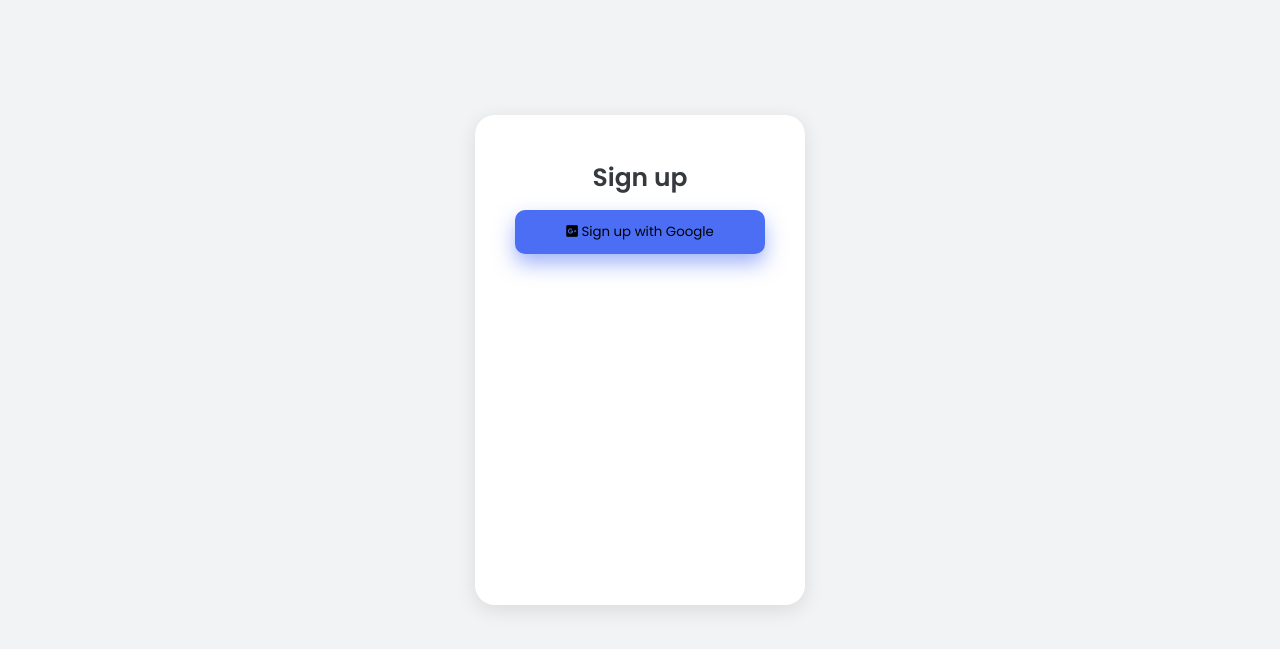
Repository: TranMinhMan040702/practice_html-css
Page: form-login/index.html
An editor plug-in stored every save of this project. The page is shown before and after the next save, followed by the edit.
The browser window is 1280 px wide. The pictures show the whole page.
Some web libraries are served in a nearby version.

Above is the page before, as saved 2022-08-24 12:54:55.

### form-login/index.html
<!DOCTYPE html>
<html lang="en">
<head>
    <meta charset="UTF-8">
    <meta http-equiv="X-UA-Compatible" content="IE=edge">
    <meta name="viewport" content="width=device-width, initial-scale=1.0">
    <link href="https://fonts.googleapis.com/css2?family=Poppins:wght@300;400;600&display=swap" rel="stylesheet">
    <link rel="stylesheet" href="https://cdnjs.cloudflare.com/ajax/libs/font-awesome/6.1.2/css/all.min.css" integrity="sha512-1sCRPdkRXhBV2PBLUdRb4tMg1w2YPf37qatUFeS7zlBy7jJI8Lf4VHwWfZZfpXtYSLy85pkm9GaYVYMfw5BC1A==" crossorigin="anonymous" referrerpolicy="no-referrer" />
    <title>Sign up</title>
    <link rel="stylesheet" href="reset.css">
    <link rel="stylesheet" href="main.css">
</head>
<body>
    <div class="singup">
        <div class="signup-heading">
            <h1>Sign up</h1>
        </div>
        <button class="signup-button">
            <i class="fa-brands fa-square-google-plus signup-icon"></i>
            <span class="signup-text">
                Sign up with Google
            </span>
        </button>
    </div>
</body>
</html>

### form-login/reset.css
html,
body,
div,
span,
applet,
object,
iframe,
h1,
h2,
h3,
h4,
h5,
h6,
p,
blockquote,
pre,
a,
abbr,
acronym,
address,
big,
cite,
code,
del,
dfn,
em,
img,
ins,
kbd,
q,
s,
samp,
small,
strike,
strong,
sub,
sup,
tt,
var,
b,
u,
i,
center,
dl,
dt,
dd,
ol,
ul,
li,
fieldset,
form,
label,
legend,
table,
caption,
tbody,
tfoot,
thead,
tr,
th,
td,
article,
aside,
canvas,
details,
embed,
figure,
figcaption,
footer,
header,
hgroup,
menu,
nav,
output,
ruby,
section,
summary,
time,
mark,
audio,
video {
  margin: 0;
  padding: 0;
  border: 0;
  font-size: 100%;
  font: inherit;
  vertical-align: baseline;
}
/* HTML5 display-role reset for older browsers */
article,
aside,
details,
figcaption,
figure,
footer,
header,
hgroup,
menu,
nav,
section {
  display: block;
}
body {
  line-height: 1;
}
ol,
ul {
  list-style: none;
}
blockquote,
q {
  quotes: none;
}
blockquote:before,
blockquote:after,
q:before,
q:after {
  content: "";
  content: none;
}
table {
  border-collapse: collapse;
  border-spacing: 0;
}

### form-login/main.css
html {
    font-size: 62.5%;
    font-family: "Poppins", sans-serif;
}

* {
    box-sizing: border-box;
}

body {
    width: 100%;
    height: 100vh;
    background-color: #f2f3f5;
    display: flex;
    justify-content: center;
    align-items: center;
}

.singup {
    max-width: 330px;
    width: 100%;
    height: 490px;
    background-color: #fff;
    padding: 50px 40px;
    border-radius: 20px;
    box-shadow: 0px 5px 20px rgba(0, 0, 0, 0.1);
}

.signup-heading {
    font-size: 2.5rem;
    font-weight: 600;
    color: #363a3f;
    text-align: center;
    margin-bottom: 20px;
}

.signup-button {
    font-family: "Poppins", sans-serif;
    width: 100%;
    height: 44px;
    border-radius: 10px;
    background-color: #4c6ef4;
    display: inline-block;
    border: none;
    box-shadow: 0px 10px 20px rgba(76, 110, 244, 0.5);
}

.signup-icon {

}

.signup-text {

}

After the next save:
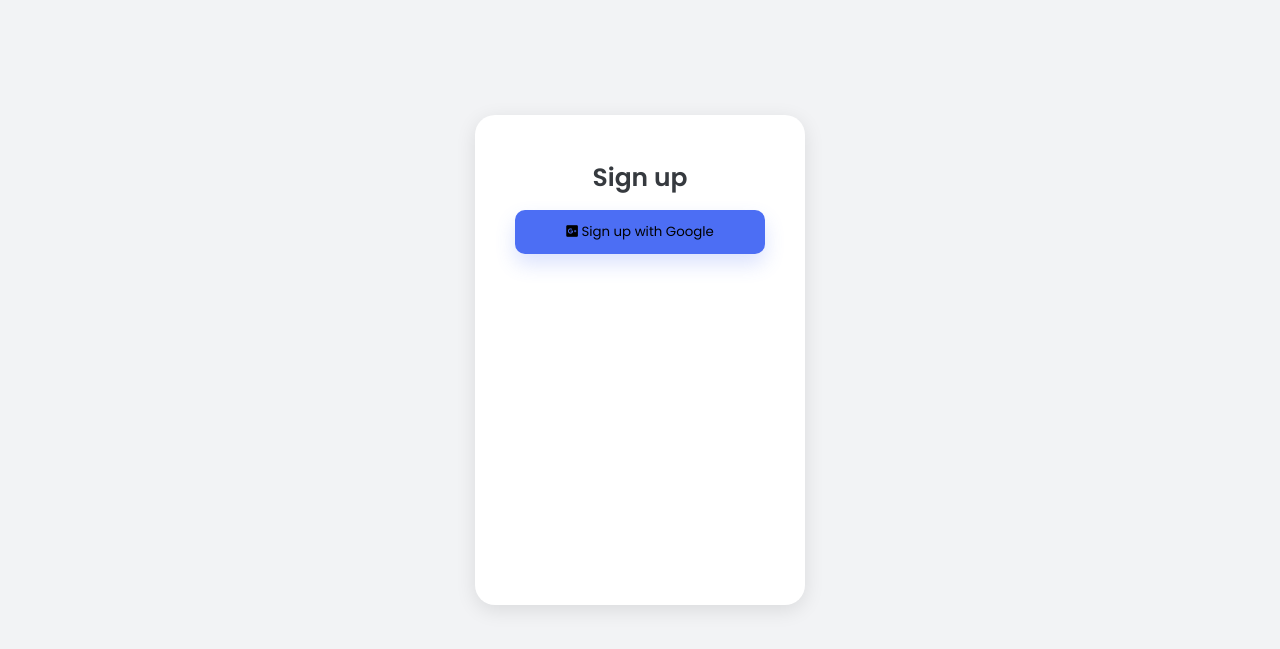
Saved 4 s later.
--- a/form-login/main.css
+++ b/form-login/main.css
@@ -42,7 +42,7 @@ body {
     background-color: #4c6ef4;
     display: inline-block;
     border: none;
-    box-shadow: 0px 10px 20px rgba(76, 110, 244, 0.5);
+    box-shadow: 0px 10px 20px rgba(76, 110, 244, 0.2);
 }
 
 .signup-icon {
